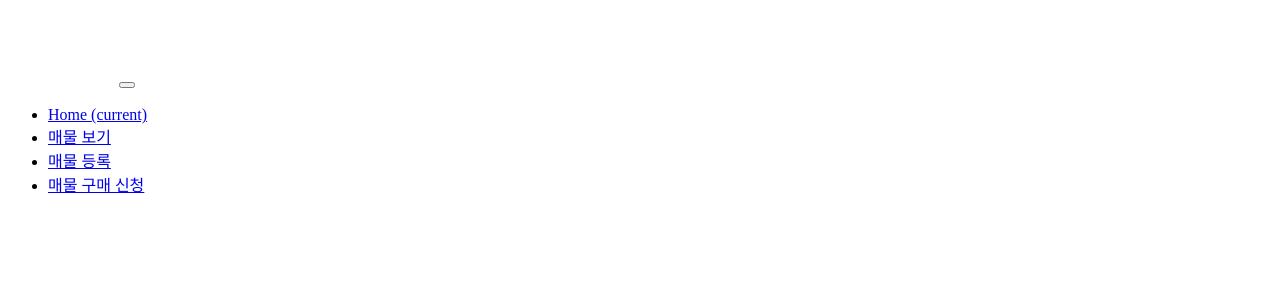
Repository: Leekm0912/2-1_JSP-DB_Project
Page: http://localhost/WebTest/DB/layout/top.jsp
The author's editor kept a copy of each file at every save. The page is drawn from the files as they stood at one save, then again after the next save.
The browser window is 1280 px wide. The pictures show the whole page.
The page is served by Tomcat 9.

Above is the page before, as saved 2020-06-10 04:56:17.

After the next save:
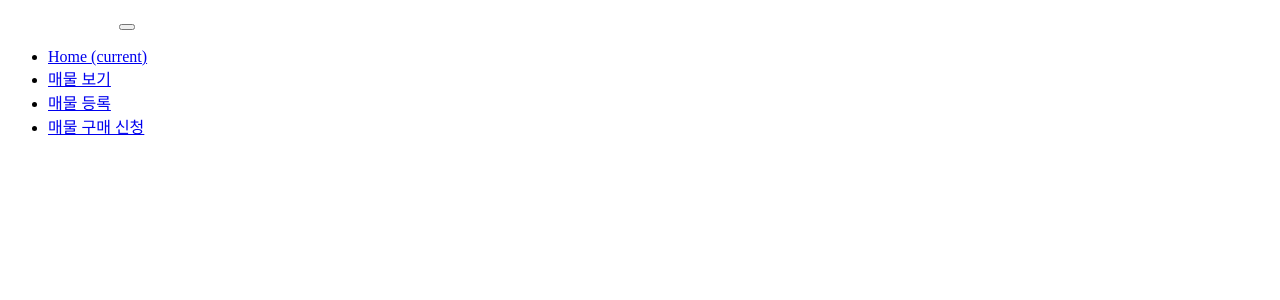
Saved 13 s later.
--- a/WebTest/WebContent/DB/layout/top.jsp
+++ b/WebTest/WebContent/DB/layout/top.jsp
@@ -1,7 +1,7 @@
 <%@ page contentType="text/html; charset=utf-8"%>
 
 <h1 style="color: white;">
-	<li class="nav-item active"><a class="nav-link" href="main.jsp">
+	<a class="nav-link" href="main.jsp">
 </h1>
 <a class="nav-link" href="join.jsp" style="color:white;">로그인</a>
 <a class="nav-link" href="join.jsp" style="color:white;">회원가입</a>
